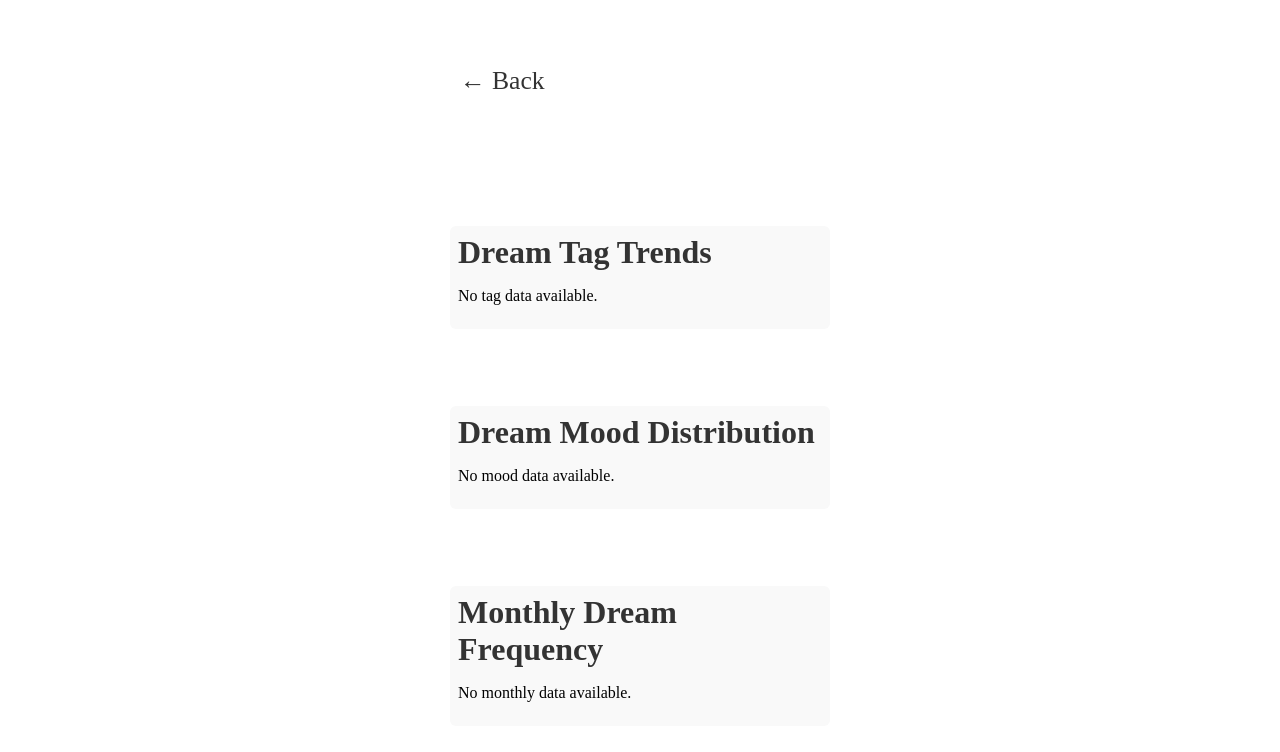
Repository: software-students-spring2025/2-web-app-blabla
Page: templates/analysis.html
The author's editor kept a copy of each file at every save. The page is drawn from the files as they stood at one save, then again after the next save.
The browser window is 1280 px wide. The pictures show the whole page.
Some web fonts or font styles are not loaded; a fallback is used. The template is drawn by Flask 3. The application's start-up code is not run. The template is opened directly, without the code that normally fills it, so the values that code supplies are empty.

Above is the page before, as saved 2025-03-02 15:18:28.

After the next save:
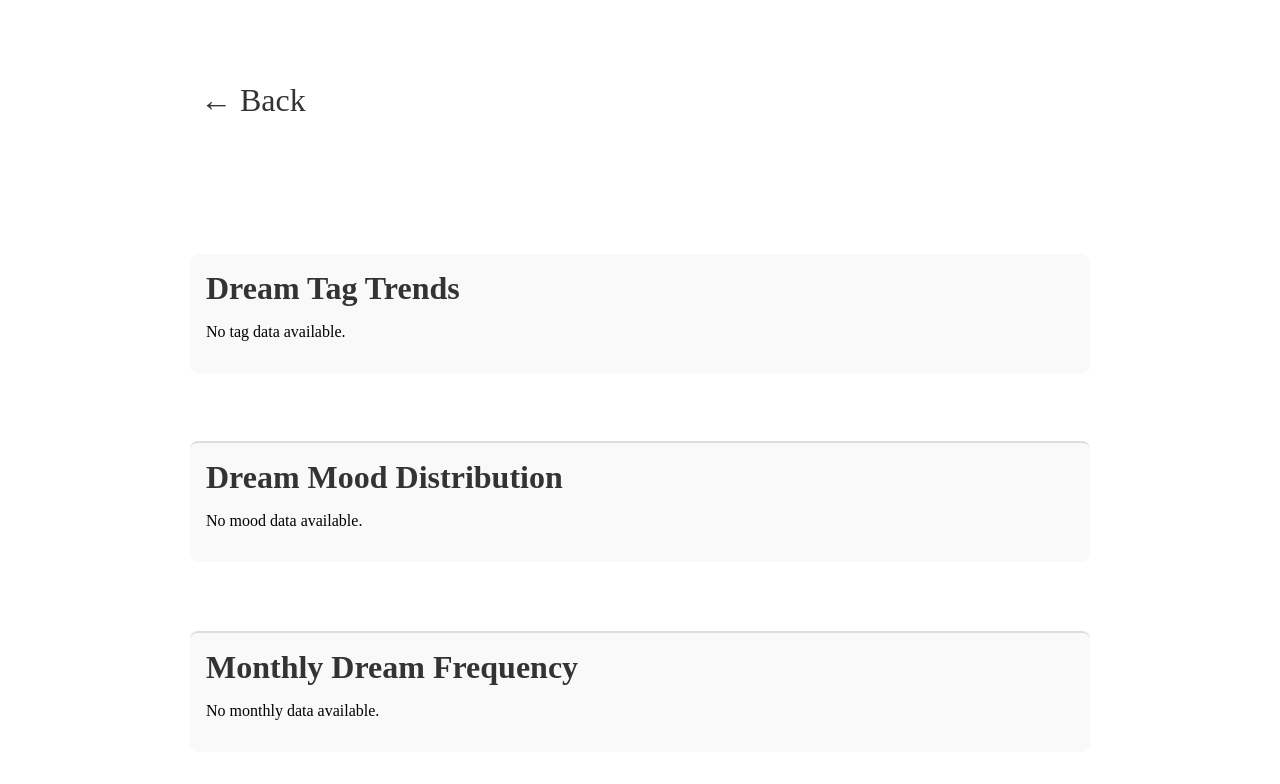
Saved 6 min 12 s later.
--- a/templates/analysis.html
+++ b/templates/analysis.html
@@ -3,64 +3,64 @@
   <head>
     <title>Analysis Page</title>
     <link rel="stylesheet" href="/static/css/style.css">
-    <link href="https://fonts.googleapis.com/css2?family=Indie+Flower&display=swap" rel="stylesheet">
+    <link
+      href="https://fonts.googleapis.com/css2?family=Indie+Flower&display=swap"
+      rel="stylesheet"
+    />
     <style>
-      /* Remove default body margin/padding to maximize mobile space */
-      body {
-        margin: 0;
-        padding: 0;
-        font-family: 'Indie Flower', cursive;
+      /* Center the container and give it a max width */
+      .analysis-container {
+        max-width: 900px;
+        margin: 2rem auto;  /* Centers the container horizontally */
+        padding: 0;         /* No extra padding */
       }
 
-      /* Container that centers content and restricts width for mobile */
-      .analysis-container {
-        max-width: 380px;       /* Slightly narrower than 393px for safe padding */
-        margin: 0.5rem auto;    /* Minimal vertical margin, centered horizontally */
-        padding: 0.5rem;
-      }
-
-      /* Style the back link with bigger text */
+      /* Style the back link */
       .back-link {
         display: inline-block;
-        margin-bottom: 0.8rem;
+        margin-bottom: 1rem;
         text-decoration: none;
-        font-size: 1.6rem;    /* Bigger for easy tapping on mobile */
+        font-size: 2rem;
         color: #333;
       }
       .back-link:hover {
         text-decoration: underline;
       }
 
-      /* Trend containers: reduced gap, minimal padding */
+      /* Each block has a gray background, no gap between them */
       .trend-container {
-        margin-bottom: 0.6rem; /* Smaller gap between sections */
-        padding: 0.5rem;
         background: #f9f9f9;
-        border-radius: 6px;
+        border-radius: 8px;
+        padding: 1rem;
+        margin: 0;  /* Remove default margin */
+      }
+      /* Remove the gap between consecutive .trend-container blocks */
+      .trend-container + .trend-container {
+        margin-top: 0;
+        border-top: 2px solid #ddd; /* Optional: subtle divider line */
       }
 
-      /* Larger, bolder headings for mobile readability */
+      /* Larger font sizes */
       .trend-container h2 {
-        margin: 0 0 0.4rem 0;
-        font-size: 2rem;      /* Nice and big for a phone screen */
+        margin: 0 0 1rem;
+        font-size: 2rem;
         color: #333;
       }
 
-      /* Simple list styling with bigger font size */
+      /* Remove default list styling, bigger font */
       .trend-container ul {
         list-style-type: none;
         padding-left: 0;
-        margin: 0;
       }
       .trend-container li {
-        margin-bottom: 0.4rem;
-        font-size: 1.6rem;    /* Larger list text */
-        line-height: 1.2;     /* Slightly tighter line spacing */
+        margin-bottom: 0.5rem;
+        font-size: 1.5rem;
       }
     </style>
   </head>
   <body>
     <div class="analysis-container">
+      <!-- Back link -->
       <a class="back-link" href="/home">← Back</a>
 
       <!-- 1) Tag Trends -->
